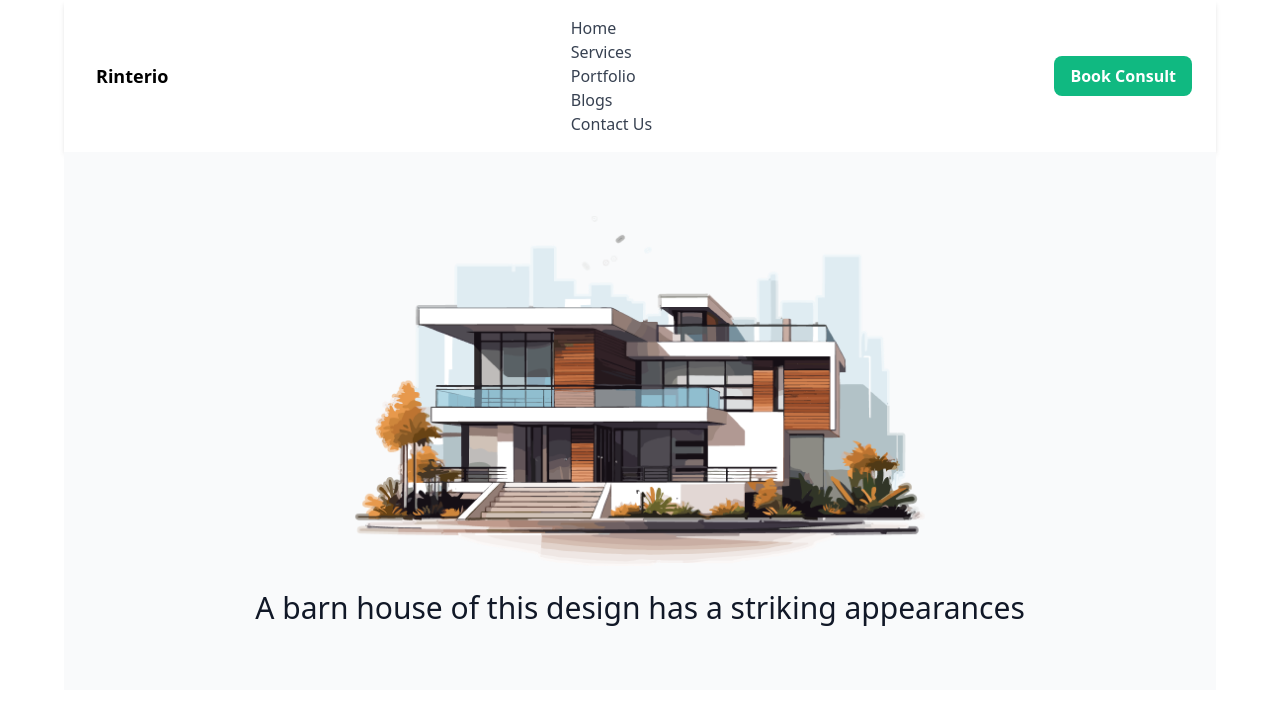
Repository: Aminul-Islam85/Assignment-3
Page: index.html
These files come from the project's save history. The page is drawn as it stood at one moment and after the next save; the edit follows.
The browser window is 1280 px wide. The pictures show the whole page.

Above is the page before, as saved 2024-10-31 13:45:36.

After the next save:
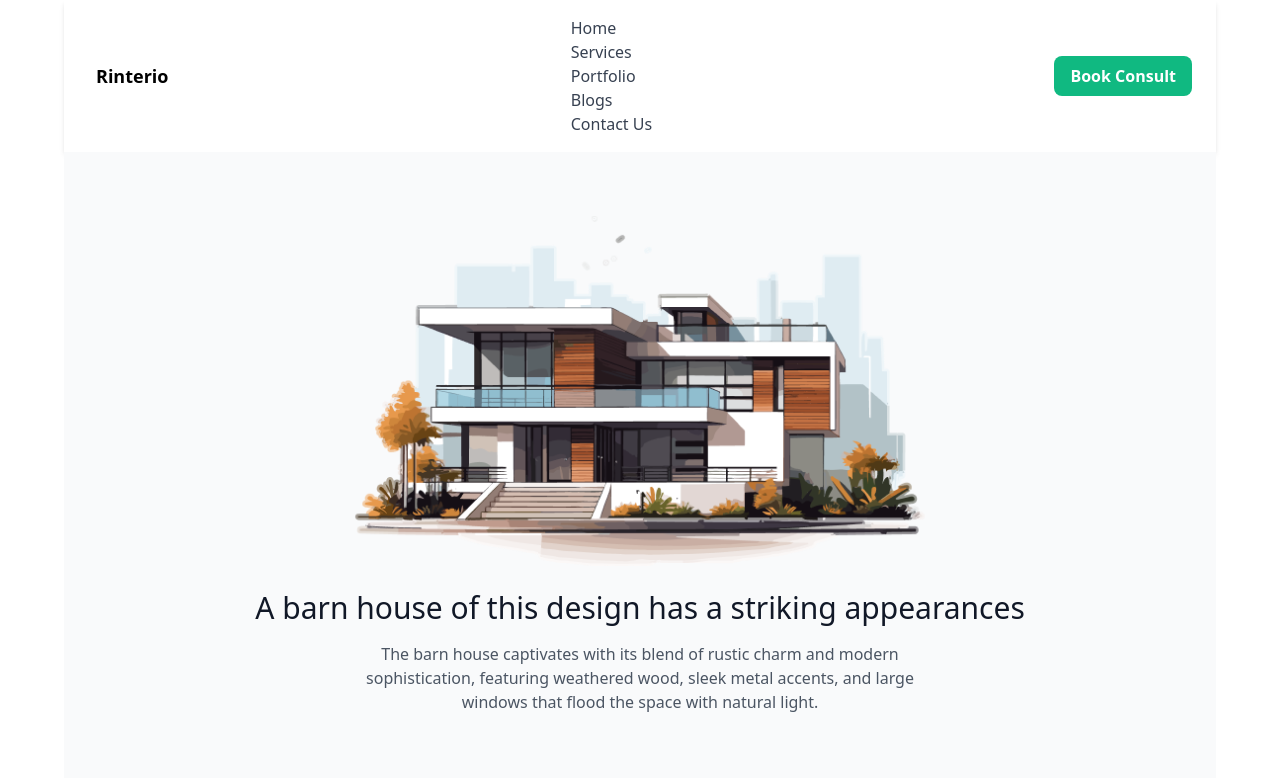
Saved 2 min 39 s later.
--- a/index.html
+++ b/index.html
@@ -26,6 +26,8 @@
         <section class="flex flex-col items-center justify-center text-center py-16 bg-gray-50">
             <img src="assets/banner.png" alt="Banner class="w-4/5 max-w-2xl rounded-lg shadow-lg">
             <h1 class="mt-6 text-3xl font-extra-bold text-gray-900">A barn house of this design has a striking appearances</h1>
+            <p class="mt-4 text-gray-600 max-w-xl">The barn house captivates with its blend of rustic charm and modern sophistication, featuring weathered wood, sleek metal
+                accents, and large windows that flood the space with natural light.</p>
         </section>
 
     </div>
